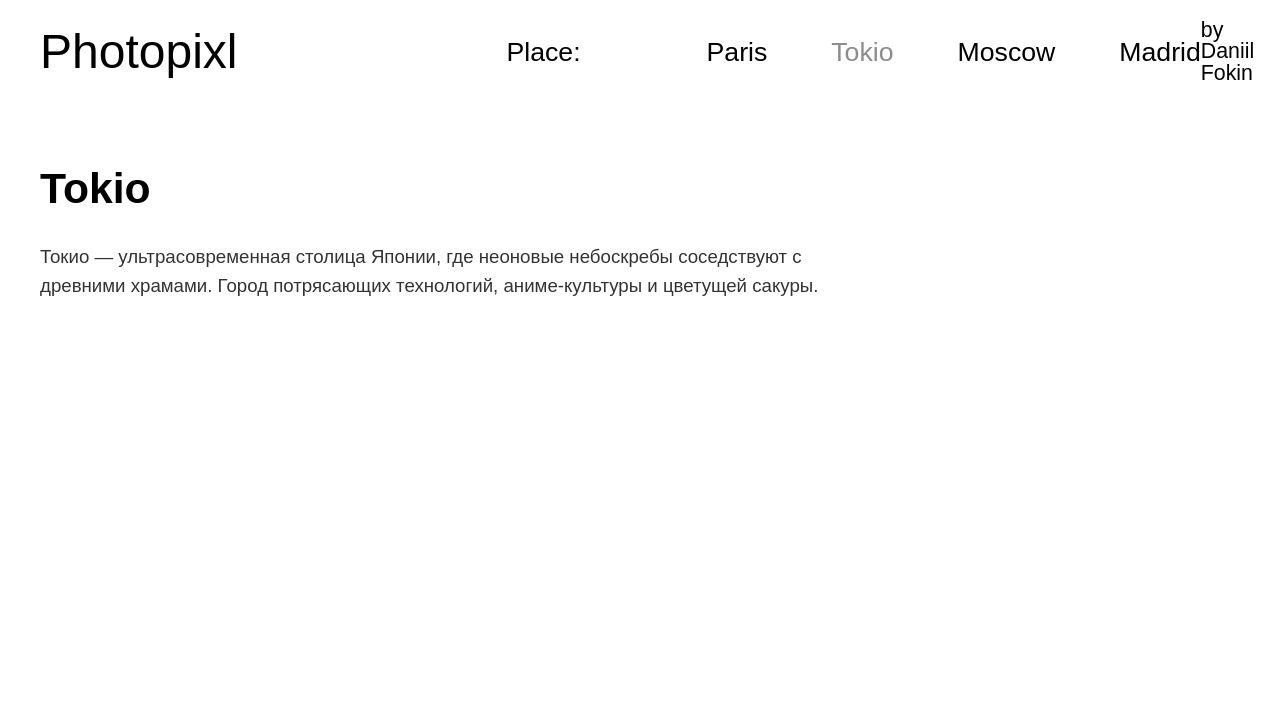
Repository: git-daniil/place-site
Page: tokio.html
These files come from the project's save history. The page is drawn as it stood at one moment and after the next save; the edit follows.
The browser window is 1280 px wide. The pictures show the whole page.
Some web fonts or font styles are not loaded; a fallback is used.

Above is the page before, as saved 2026-05-21 15:40:03.

After the next save:
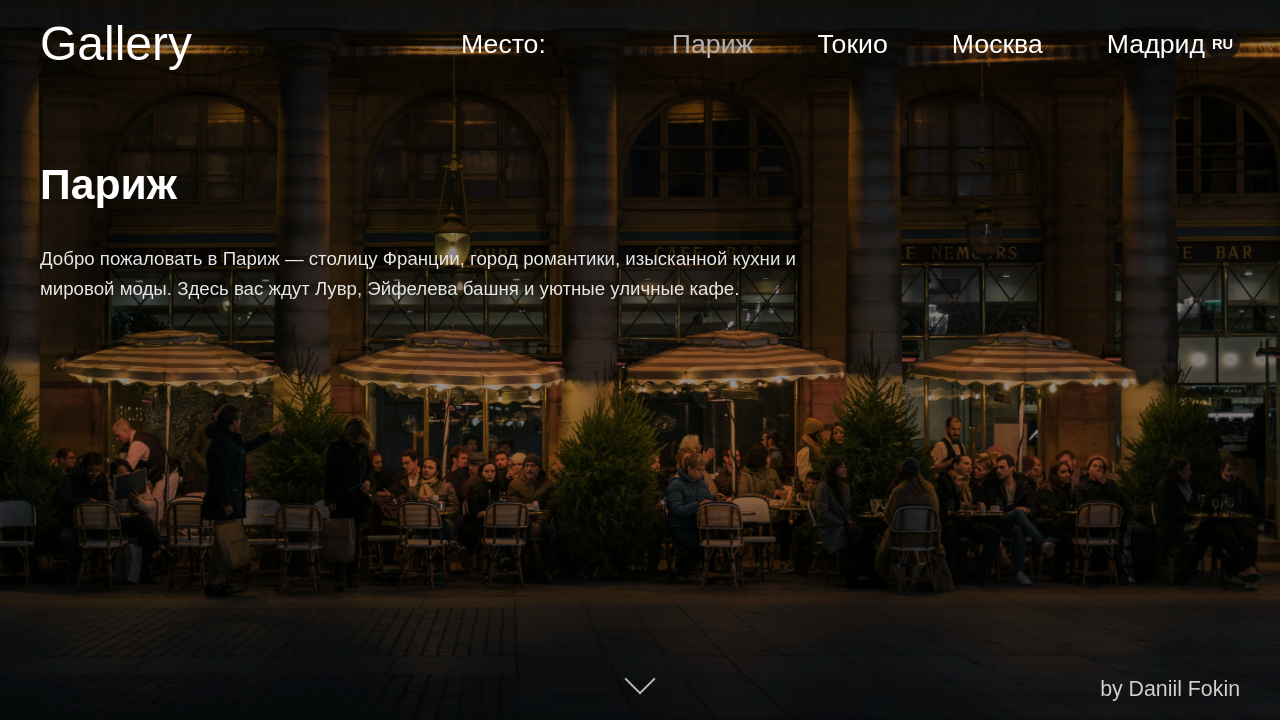
Saved 59 s later.
--- a/tokio.html
+++ b/tokio.html
@@ -3,27 +3,100 @@
 <head>
     <meta charset="UTF-8">
     <meta name="viewport" content="width=device-width, initial-scale=1.0">
-    <title>Photopixl — Tokio</title>
+    <title>Photopixl — Paris</title>
     <link rel="stylesheet" href="style.css">
 </head>
-<body>
+<body class="paris-page">
 
-    <nav class="navbar">
-        <a href="index.html" class="logo">Photopixl</a>
-        <div class="place-label">Place:</div>
-        <div class="nav-links">
-            <a href="index.html" class="city-link">Paris</a>
-            <a href="tokio.html" class="city-link active">Tokio</a>
-            <a href="moscow.html" class="city-link">Moscow</a>
-            <a href="madrid.html" class="city-link">Madrid</a>
+    <div class="progress-bar-container">
+        <div class="progress-bar"></div>
+        <div class="preloader-center-text">
+            <div class="preloader-logo">Gallery</div>
+            <div class="preloader-author">by Daniil Fokin</div>
         </div>
-        <div class="author-label">by Daniil Fokin</div>
-    </nav>
+    </div>
 
-    <main class="content-section">
-        <h1>Tokio</h1>
-        <p>Токио — ультрасовременная столица Японии, где неоновые небоскребы соседствуют с древними храмами. Город потрясающих технологий, аниме-культуры и цветущей сакуры.</p>
-    </main>
+    <div class="author-label">by Daniil Fokin</div>
 
+    <div class="page-wrapper">
+        <nav class="navbar">
+            <a href="index.html" class="logo">Gallery</a>
+            <div class="place-label" data-lang="place">Место:</div>
+            <div class="nav-links">
+                <a href="index.html" class="city-link active" data-lang="paris">Париж</a>
+                <a href="tokio.html" class="city-link" data-lang="tokio">Токио</a>
+                <a href="moscow.html" class="city-link" data-lang="moscow">Москва</a>
+                <a href="madrid.html" class="city-link" data-lang="madrid">Мадрид</a>
+            </div>
+
+            <div class="lang-selector-capsule">
+                <div class="lang-options-wrapper">
+                    <div class="lang-option active" data-value="ru">RU</div>
+                    <div class="lang-option" data-value="en">EN</div>
+                </div>
+            </div>
+        </nav>
+
+        <section class="paris-bg-1 scroll-section" data-slide="0">
+            <main class="content-section anim-text">
+                <h1 data-field="h1">Париж</h1>
+                <p data-field="p">Добро пожаловать в Париж — столицу Франции, город романтики, изысканной кухни и мировой моды. Здесь вас ждут Лувр, Эйфелева башня и уютные уличные кафе.</p>
+            </main>
+            <div class="scroll-hint">
+                <div class="arrow"></div>
+            </div>
+        </section>
+
+        <section class="paris-bg-2 scroll-section" data-slide="1">
+            <main class="content-section anim-text">
+                <h1 data-field="h1">Атмосфера старого города</h1>
+                <p data-field="p">Прогуляйтесь по Монмартру, загляните в аутентичные дворики и пройдитесь по тихим мощеным улочкам, где до сих пор витает дух старого Парижа и пахнет свежими круассанами.</p>
+            </main>
+        </section>
+
+        <section class="paris-bg-3 scroll-section" data-slide="2">
+            <main class="content-section anim-text">
+                <h1 data-field="h1">Вечерние огни Сены</h1>
+                <p data-field="p">Когда на город опускаются сумерки, тысячи огней отражаются в воде. Прогулка на речном трамвайчике откроет для вас совершенно другой, магический Париж.</p>
+            </main>
+        </section>
+
+        <section class="paris-bg-4 scroll-section" data-slide="3">
+            <main class="content-section anim-text">
+                <h1 data-field="h1">Сокровища Лувра</h1>
+                <p data-field="p">Один из крупнейших и величайших музеев мира хранит в себе шедевры искусства разных эпох. Проведите день среди великой истории, архитектуры и бессмертных творений.</p>
+            </main>
+        </section>
+
+        <section class="paris-bg-5 scroll-section" data-slide="4">
+            <main class="content-section anim-text">
+                <h1 data-field="h1">Триумфальная арка</h1>
+                <p data-field="p">Величественный монумент на площади Шарля де Голля, ставший символом побед и национальной гордости Франции. Отсюда откроется один из лучших видов на Елисейские поля.</p>
+            </main>
+        </section>
+
+        <section class="paris-bg-6 scroll-section" data-slide="5">
+            <main class="content-section anim-text">
+                <h1 data-field="h1">Эйфелева башня</h1>
+                <p data-field="p">Главный и самый узнаваемый символ не только Парижа, но и всей Франции. Её изящный силуэт восхищает в любое время суток, а вечерняя иллюминация создает ощущение настоящей сказки.</p>
+            </main>
+        </section>
+
+        <section class="paris-bg-7 scroll-section" data-slide="6">
+            <main class="content-section anim-text">
+                <h1 data-field="h1">Парижский туман</h1>
+                <p data-field="p">Загадочные окутанные дымкой улочки раскрывают меланхоличную и кинематографичную сторону города. В такие моменты Париж кажется особенно уединенным и поэтичным.</p>
+            </main>
+        </section>
+
+        <section class="paris-bg-8 scroll-section thanks-section" data-slide="7">
+            <div class="thanks-text anim-text" data-field="h1">
+                À bientôt, Paris
+            </div>
+        </section>
+    </div>
+
+    <script src="translations_paris.js"></script>
+    <script src="script.js" defer></script>
 </body>
 </html>

After the save that followed:
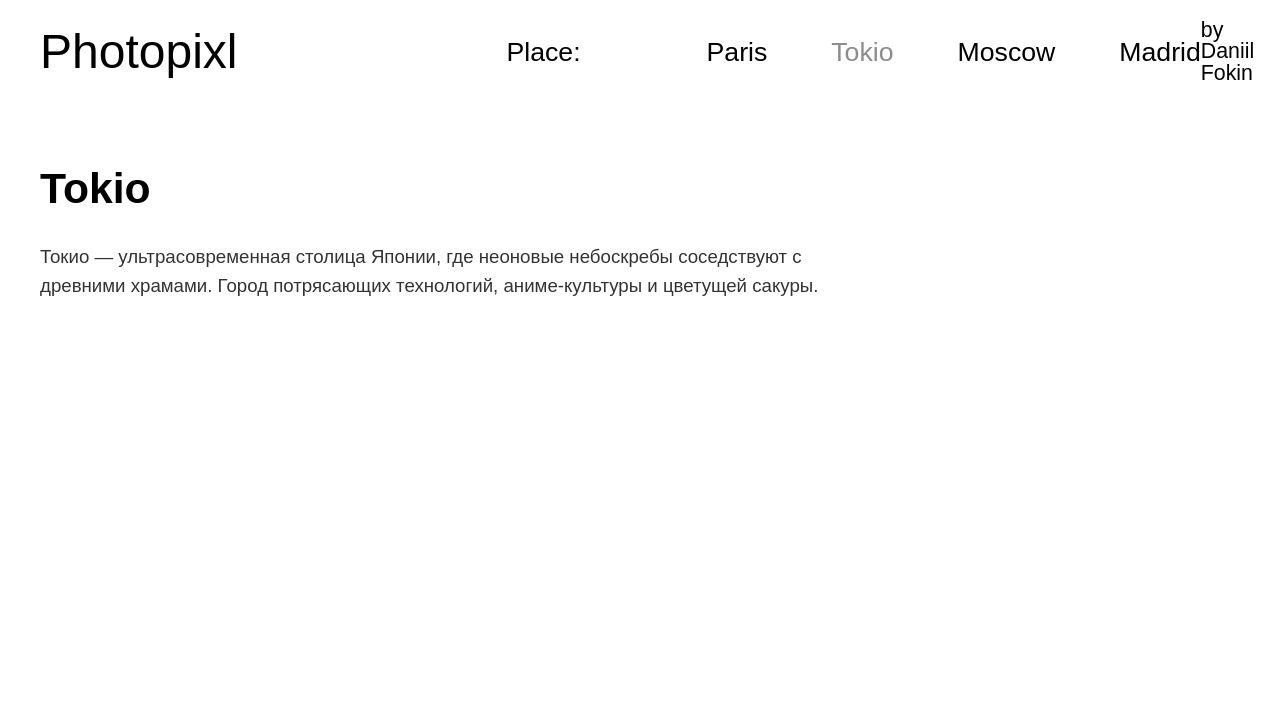
Saved 21 s later.
--- a/tokio.html
+++ b/tokio.html
@@ -3,100 +3,27 @@
 <head>
     <meta charset="UTF-8">
     <meta name="viewport" content="width=device-width, initial-scale=1.0">
-    <title>Photopixl — Paris</title>
+    <title>Photopixl — Tokio</title>
     <link rel="stylesheet" href="style.css">
 </head>
-<body class="paris-page">
+<body>
 
-    <div class="progress-bar-container">
-        <div class="progress-bar"></div>
-        <div class="preloader-center-text">
-            <div class="preloader-logo">Gallery</div>
-            <div class="preloader-author">by Daniil Fokin</div>
+    <nav class="navbar">
+        <a href="index.html" class="logo">Photopixl</a>
+        <div class="place-label">Place:</div>
+        <div class="nav-links">
+            <a href="index.html" class="city-link">Paris</a>
+            <a href="tokio.html" class="city-link active">Tokio</a>
+            <a href="moscow.html" class="city-link">Moscow</a>
+            <a href="madrid.html" class="city-link">Madrid</a>
         </div>
-    </div>
+        <div class="author-label">by Daniil Fokin</div>
+    </nav>
 
-    <div class="author-label">by Daniil Fokin</div>
+    <main class="content-section">
+        <h1>Tokio</h1>
+        <p>Токио — ультрасовременная столица Японии, где неоновые небоскребы соседствуют с древними храмами. Город потрясающих технологий, аниме-культуры и цветущей сакуры.</p>
+    </main>
 
-    <div class="page-wrapper">
-        <nav class="navbar">
-            <a href="index.html" class="logo">Gallery</a>
-            <div class="place-label" data-lang="place">Место:</div>
-            <div class="nav-links">
-                <a href="index.html" class="city-link active" data-lang="paris">Париж</a>
-                <a href="tokio.html" class="city-link" data-lang="tokio">Токио</a>
-                <a href="moscow.html" class="city-link" data-lang="moscow">Москва</a>
-                <a href="madrid.html" class="city-link" data-lang="madrid">Мадрид</a>
-            </div>
-
-            <div class="lang-selector-capsule">
-                <div class="lang-options-wrapper">
-                    <div class="lang-option active" data-value="ru">RU</div>
-                    <div class="lang-option" data-value="en">EN</div>
-                </div>
-            </div>
-        </nav>
-
-        <section class="paris-bg-1 scroll-section" data-slide="0">
-            <main class="content-section anim-text">
-                <h1 data-field="h1">Париж</h1>
-                <p data-field="p">Добро пожаловать в Париж — столицу Франции, город романтики, изысканной кухни и мировой моды. Здесь вас ждут Лувр, Эйфелева башня и уютные уличные кафе.</p>
-            </main>
-            <div class="scroll-hint">
-                <div class="arrow"></div>
-            </div>
-        </section>
-
-        <section class="paris-bg-2 scroll-section" data-slide="1">
-            <main class="content-section anim-text">
-                <h1 data-field="h1">Атмосфера старого города</h1>
-                <p data-field="p">Прогуляйтесь по Монмартру, загляните в аутентичные дворики и пройдитесь по тихим мощеным улочкам, где до сих пор витает дух старого Парижа и пахнет свежими круассанами.</p>
-            </main>
-        </section>
-
-        <section class="paris-bg-3 scroll-section" data-slide="2">
-            <main class="content-section anim-text">
-                <h1 data-field="h1">Вечерние огни Сены</h1>
-                <p data-field="p">Когда на город опускаются сумерки, тысячи огней отражаются в воде. Прогулка на речном трамвайчике откроет для вас совершенно другой, магический Париж.</p>
-            </main>
-        </section>
-
-        <section class="paris-bg-4 scroll-section" data-slide="3">
-            <main class="content-section anim-text">
-                <h1 data-field="h1">Сокровища Лувра</h1>
-                <p data-field="p">Один из крупнейших и величайших музеев мира хранит в себе шедевры искусства разных эпох. Проведите день среди великой истории, архитектуры и бессмертных творений.</p>
-            </main>
-        </section>
-
-        <section class="paris-bg-5 scroll-section" data-slide="4">
-            <main class="content-section anim-text">
-                <h1 data-field="h1">Триумфальная арка</h1>
-                <p data-field="p">Величественный монумент на площади Шарля де Голля, ставший символом побед и национальной гордости Франции. Отсюда откроется один из лучших видов на Елисейские поля.</p>
-            </main>
-        </section>
-
-        <section class="paris-bg-6 scroll-section" data-slide="5">
-            <main class="content-section anim-text">
-                <h1 data-field="h1">Эйфелева башня</h1>
-                <p data-field="p">Главный и самый узнаваемый символ не только Парижа, но и всей Франции. Её изящный силуэт восхищает в любое время суток, а вечерняя иллюминация создает ощущение настоящей сказки.</p>
-            </main>
-        </section>
-
-        <section class="paris-bg-7 scroll-section" data-slide="6">
-            <main class="content-section anim-text">
-                <h1 data-field="h1">Парижский туман</h1>
-                <p data-field="p">Загадочные окутанные дымкой улочки раскрывают меланхоличную и кинематографичную сторону города. В такие моменты Париж кажется особенно уединенным и поэтичным.</p>
-            </main>
-        </section>
-
-        <section class="paris-bg-8 scroll-section thanks-section" data-slide="7">
-            <div class="thanks-text anim-text" data-field="h1">
-                À bientôt, Paris
-            </div>
-        </section>
-    </div>
-
-    <script src="translations_paris.js"></script>
-    <script src="script.js" defer></script>
 </body>
 </html>
